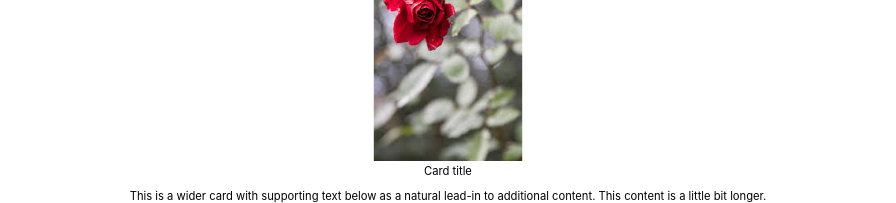
Repository: vakharia5/Preview
Page: /
The author's editor kept a copy of each file at every save. The page is drawn from the files as they stood at one save, then again after a run of saves.
The browser window is 1280 px wide. The pictures show the part of the page from y = 2470 to 4390 px (the page is 2760 px tall before and 21800 px after), at 70% of full size.
The project was rebuilt for these pictures with package versions that can differ from the ones it lists, and the page was loaded fresh each time.

Above is the page before, as saved 2020-06-22 14:11:42.

### src/App.js
import React from 'react';
import logo from './logo.svg';
import './App.css';
import CardList from './components/CardList';
import {Card,Container,Row,Col} from 'react-bootstrap';
import Data from './assets/data.json';

function App() {
  return (
    <div className="App">

    <CardList/>

    </div>
  );
}

export default App;

### src/components/CardList.js
import React, { Component } from 'react'
import {Card,Container,Row,Col} from 'react-bootstrap';
import img from '../assets/Images/download.jpg';


class CardList extends Component {
    render() {
        return (
   <div>
   <Container>
   <Row sm={1} md={2} lg={4}>

        <Card  border="secondary" style={{ height : '20rem'}}>
  <Card.Img src={img} alt="Card image" style={{ height : '20rem'}} />
  <Card.ImgOverlay>
    <Card.Title>Card title</Card.Title>
    <Card.Text>
    This is a wider card with supporting text below as a natural lead-in to
      additional content. This content is a little bit longer.
    </Card.Text>
  </Card.ImgOverlay>
</Card>
 <br />


 <Card  border="secondary" style={{height : '20rem'}}>
  <Card.Img src={img} alt="Card image" style={{height : '20rem'}} />
  <Card.ImgOverlay>
    <Card.Title>Card title</Card.Title>
    <Card.Text>
    This is a wider card with supporting text below as a natural lead-in to
      additional content. This content is a little bit longer.
    </Card.Text>
  </Card.ImgOverlay>
</Card>
 <br />
 <Card  border="secondary" style={{ height : '20rem'}}>
  <Card.Img src={img} alt="Card image" style={{ height : '20rem'}} />
  <Card.ImgOverlay>
    <Card.Title>Card title</Card.Title>
    <Card.Text>
      This is a wider card with supporting text below as a natural lead-in to
      additional content. This content is a little bit longer.
    </Card.Text>
  </Card.ImgOverlay>
</Card>
 <br />
 <Card  border="secondary" style={{height : '20rem'}}>
  <Card.Img src={img} alt="Card image" style={{ height : '20rem'}} />
  <Card.ImgOverlay>
    <Card.Title>Card title</Card.Title>
    <Card.Text>
      This is a wider card with supporting text below as a natural lead-in to
      additional content. This content is a little bit longer.
    </Card.Text>
  </Card.ImgOverlay>
</Card>
 <br />
 <Card  border="secondary" style={{height : '20rem'}}>
  <Card.Img src={img} alt="Card image" style={{ height : '20rem'}} />
  <Card.ImgOverlay>
    <Card.Title>Card title</Card.Title>
    <Card.Text>
      This is a wider card with supporting text below as a natural lead-in to
      additional content. This content is a little bit longer.
    </Card.Text>
  </Card.ImgOverlay>
</Card>
 <br />
 <Card  border="secondary" style={{height : '20rem'}}>
  <Card.Img src={img} alt="Card image" style={{ height : '20rem'}} />
  <Card.ImgOverlay>
    <Card.Title>Card title</Card.Title>
    <Card.Text>
      This is a wider card with supporting text below as a natural lead-in to
      additional content. This content is a little bit longer.
    </Card.Text>
  </Card.ImgOverlay>
</Card>
 <br />
 <Card  border="secondary" style={{height : '20rem'}}>
  <Card.Img src={img} alt="Card image" style={{ height : '20rem'}} />
  <Card.ImgOverlay>
    <Card.Title>Card title</Card.Title>
    <Card.Text>
      This is a wider card with supporting text below as a natural lead-in to
      additional content. This content is a little bit longer.
    </Card.Text>
  </Card.ImgOverlay>
</Card>
 <br />
 <Card  border="secondary" style={{height : '20rem'}}>
  <Card.Img src={img} alt="Card image" style={{ height : '20rem'}} />
  <Card.ImgOverlay>
    <Card.Title>Card title</Card.Title>
    <Card.Text>
      This is a wider card with supporting text below as a natural lead-in to
      additional content. This content is a little bit longer.
    </Card.Text>
  </Card.ImgOverlay>
</Card>
 <br />
</Row>
</Container>
      </div>
        )
        }
}
export default CardList

### src/assets/data.json
[
    {
        "id": 1,
        "name": "Explore",
        "image": ""
    },
   {
        "id": 2,
        "name": "Pyramids",
        "image": ""
    },
    {
        "id": 3,
        "name": "Discover",
        "image": ""
    },
    {
        "id": 4,
        "name": "Endless",
        "image": ""
    },
     {
        "id": 5,
        "name": "Explore",
        "image": ""
    },
    {
        "id": 6,
        "name": "Pyramids",
        "image": ""

    },
    {
        "id": 7,
        "name": "Discover",
        "image": ""

    },
    {
        "id": 8,
        "name": "Endless",
        "image": ""
    }

]

Loaded but not shown: src/index.js (common file); src/index.css (common file); src/serviceWorker.js (common file); src/App.css (common file)

After the next 2 saves:
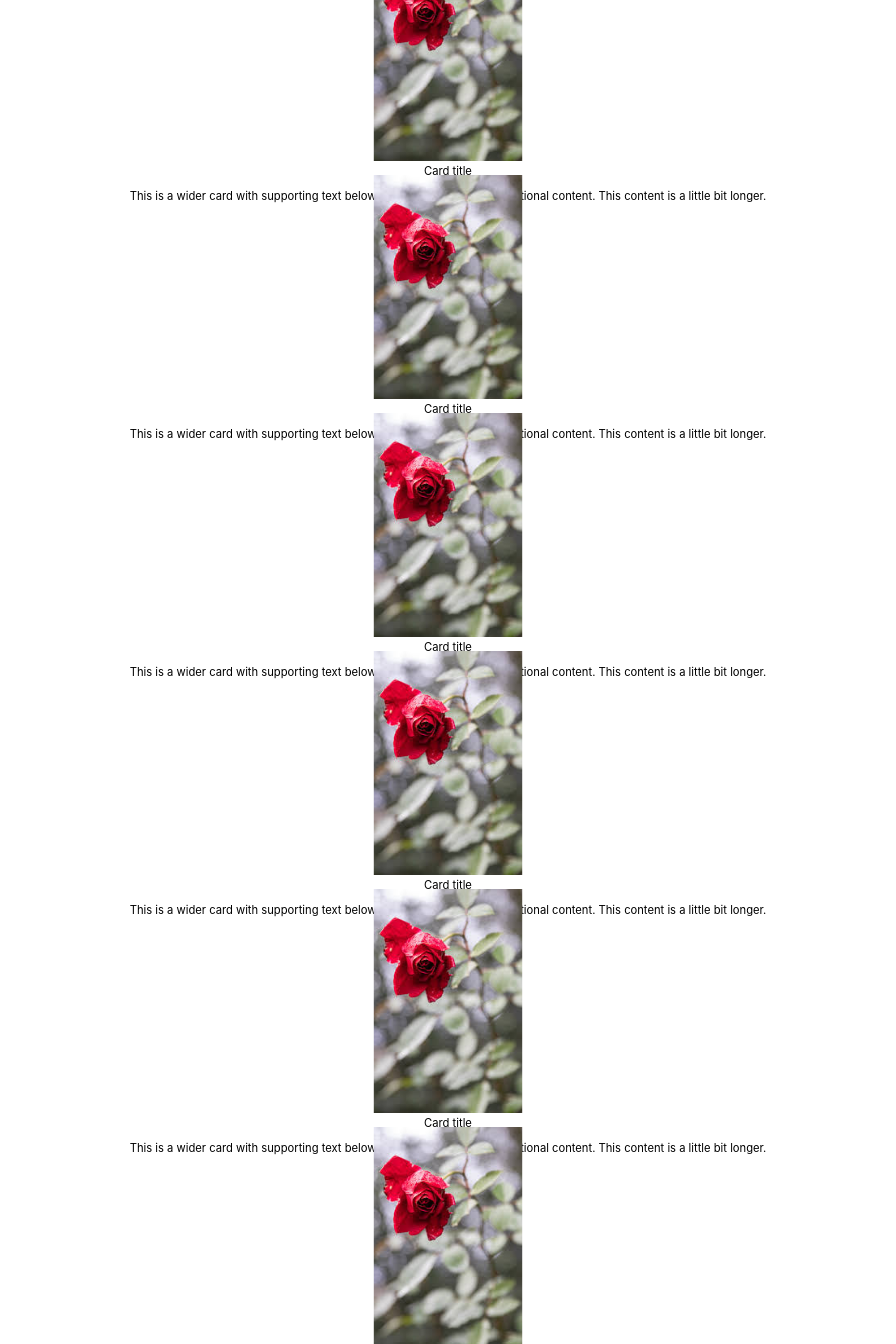
The 2 saves are shown as one change because 1 did not build or start.
The last was saved 56 s later.
--- a/src/App.js
+++ b/src/App.js
@@ -8,8 +8,9 @@
 function App() {
   return (
     <div className="App">
+   {Data.map((data) => <CardList/>)
 
-    <CardList/>
+   }
 
     </div>
   );

After the 3 saves that followed:
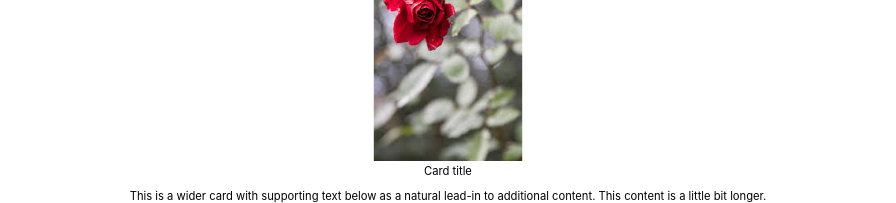
The 3 saves are shown as one change because 2 left the picture as it was.
The last was saved 3 min 49 s later.
--- a/src/App.js
+++ b/src/App.js
@@ -8,7 +8,7 @@
 function App() {
   return (
     <div className="App">
-   {Data.map((data) => <CardList/>)
+   {Data.map((data,id) => <CardList key ={id} value={Data}/>)
 
    }
 
--- a/src/components/CardList.js
+++ b/src/components/CardList.js
@@ -23,7 +23,7 @@ class CardList extends Component {
  <br />
 
 
- <Card  border="secondary" style={{height : '20rem'}}>
+ {/* <Card  border="secondary" style={{height : '20rem'}}>
   <Card.Img src={img} alt="Card image" style={{height : '20rem'}} />
   <Card.ImgOverlay>
     <Card.Title>Card title</Card.Title>
@@ -99,7 +99,7 @@ class CardList extends Component {
     </Card.Text>
   </Card.ImgOverlay>
 </Card>
- <br />
+ <br /> */}
 </Row>
 </Container>
       </div>
